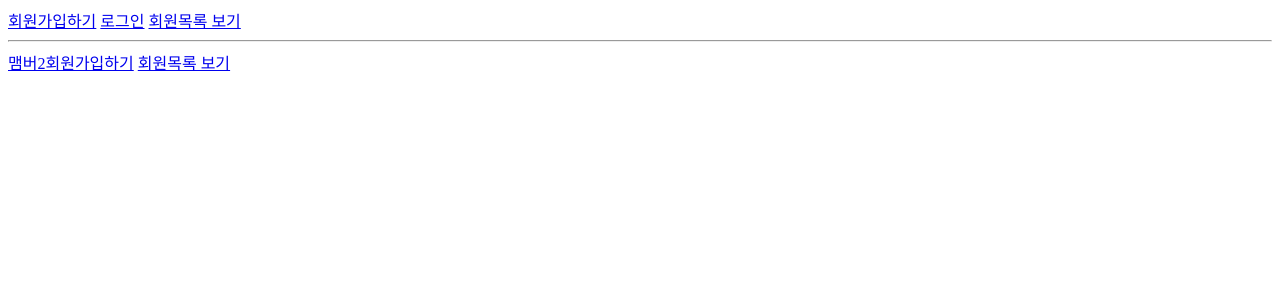
Repository: emthrology/servertest
Page: apache/practices/WebContent/index.html
These files come from the project's save history. The page is drawn as it stood at one moment and after the next save; the edit follows.
The browser window is 1280 px wide. The pictures show the whole page.

Above is the page before, as saved 2019-05-17 06:53:32.

After the next save:
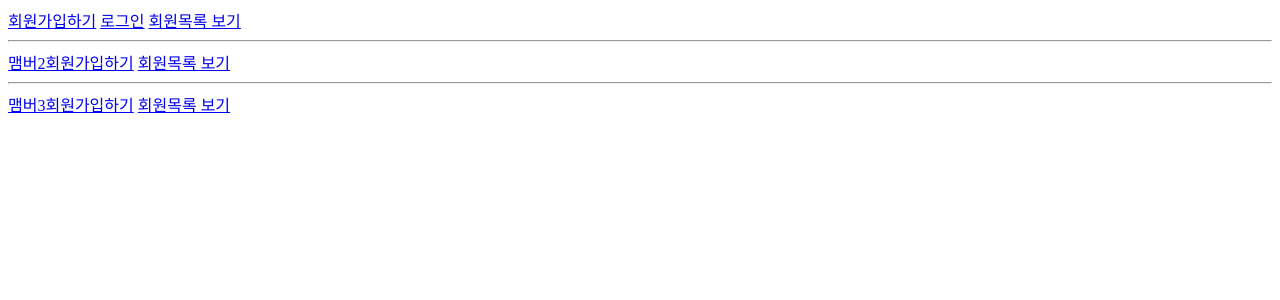
Saved 49 s later.
--- a/apache/practices/WebContent/index.html
+++ b/apache/practices/WebContent/index.html
@@ -11,5 +11,8 @@
 	<hr>
 	<a href="/views/member2/join.jsp">맴버2회원가입하기</a>
 	<a href="/callList2">회원목록 보기</a>
+	<hr>
+	<a href="/views/member3/join.jsp">맴버3회원가입하기</a>
+	<a href="/callList3">회원목록 보기</a>
 </body>
 </html>
